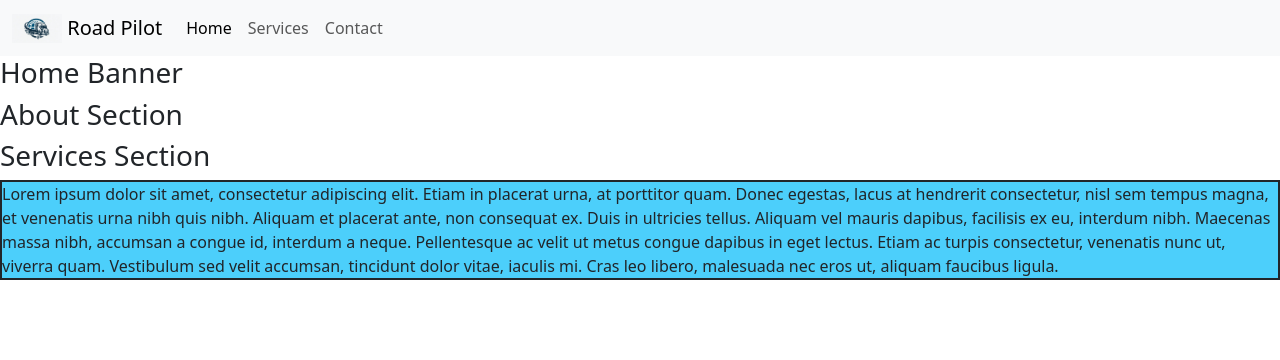
Repository: VictoriousMango/WebCreator
Page: index.html
An editor plug-in stored every save of this project. The page is shown before and after the next save, followed by the edit.
The browser window is 1280 px wide. The pictures show the whole page.

Above is the page before, as saved 2024-11-09 13:37:10.

After the next save:
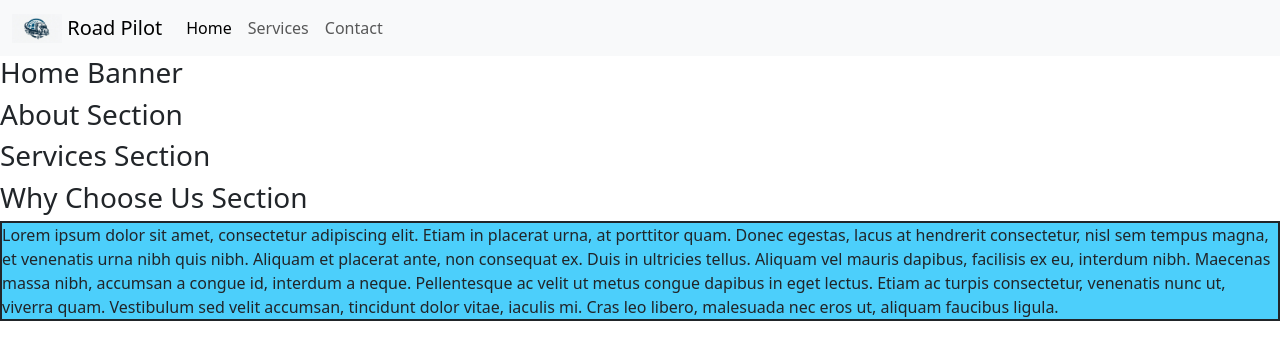
Saved 7 s later.
--- a/index.html
+++ b/index.html
@@ -49,7 +49,7 @@
             <h3>Services Section</h3>
         </div>
         <div class="home__whyChooseUs">
-            <h3></h3>
+            <h3>Why Choose Us Section</h3>
         </div>
         <div class="home__experience">
             <h3></h3>
